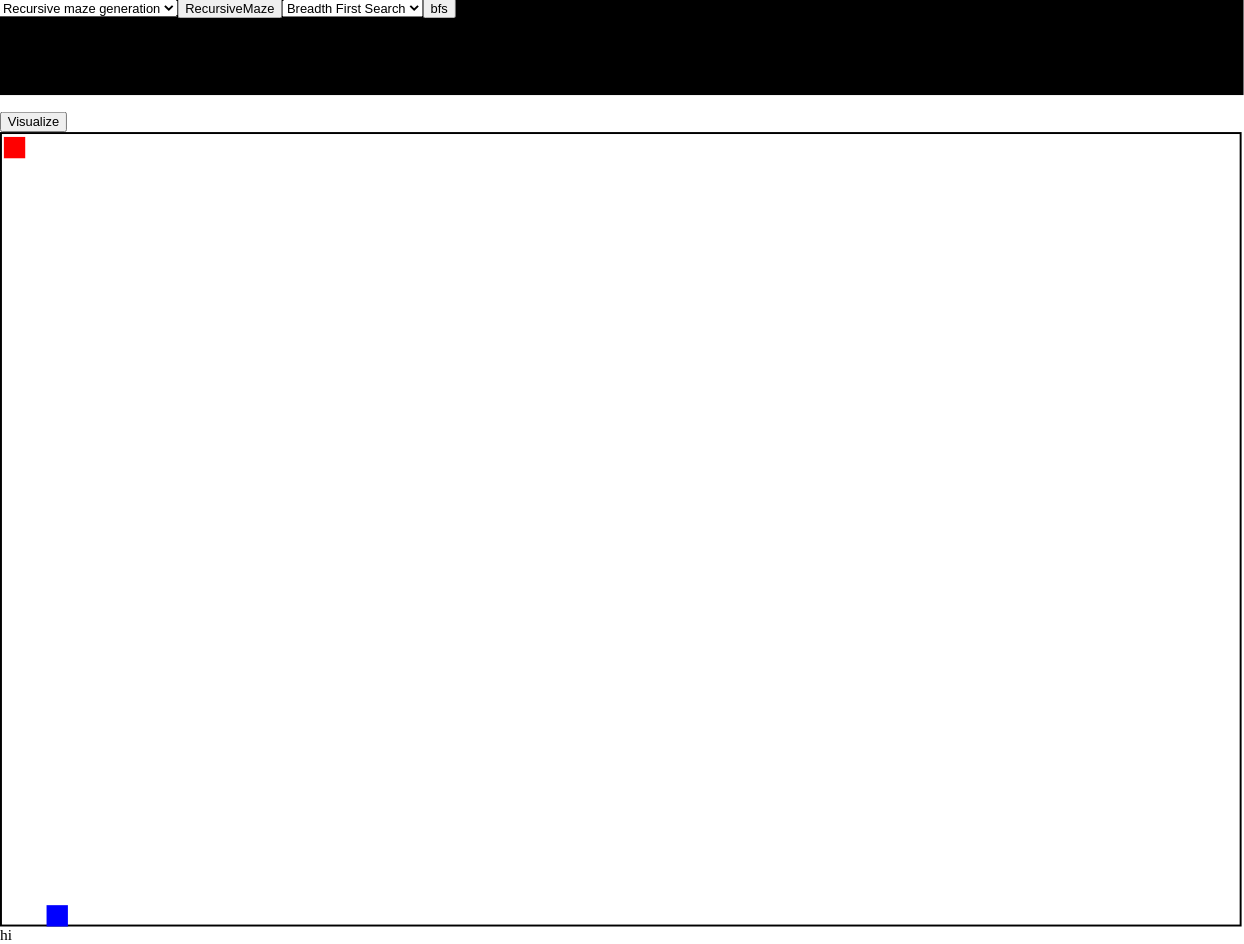
Repository: NikhilJohny/Pathfinding---ReactJS
Page: /
An editor plug-in stored every save of this project. The page is shown before and after the next save, followed by the edit.
The browser window is 1280 px wide. The page is 1282 px wide, so the pictures cover 1282 px, including what lies to the right of the window. The pictures show the whole page, at 97% of full size.
The project was rebuilt for these pictures with package versions that can differ from the ones it lists, and the page was loaded fresh each time.

Above is the page before, as saved 2021-05-17 16:43:53.

### src/index.js
import React from 'react'
import ReactDOM from 'react-dom'
import App from './App'

ReactDOM.render(
  <App/>,
  document.getElementById('root')
)

### src/App.js
import React from "react"
import PathFindingView from './PathFindingView'

class App extends React.Component {
    render() {
        return (
            <PathFindingView />
        )
    }
}

export default App;

### src/PathFindingView.js
import React, { Component } from "react";
import Nodes from "./Nodes";
import "./Node.css";
import update from "react-addons-update";
import Algorithms from "./Algorithms/pathfind/Algorithms";
import Header from './header'


const delay = ms => new Promise(resolve => setTimeout(resolve, ms));
export default class PathFindingView extends Component {
  constructor() {
    super();
    this.state = {
      board: [],
      mousePressed: false,
      currentGrid: {
        row: -1,
        col: -1,
        start: false,
        end: false,
        previous: null,
        top: null,
        bottom: null,
        left: null,
        right: null,
        wall: false,
        no :-1,
      },
      paused : false,
      algorithm : null,
      startNode : {
        row: 0,
        col: 0,
        start: true,
        end: false,
        previous: null,
        top: null,
        bottom: 1,
        left: null,
        right: 1,
        wall: false,
        no:0
      },
      endNode : null
    };
  }

  componentDidMount() {
    const arr = grid();
    this.setState({ board: arr });
  }

  changeStateFunction(currentNode,cname){
    document.getElementById(`row-${currentNode.row}-col-${currentNode.col}`).className = cname
  }

  togglePausedFunction(){
    const paused = this.state.paused
    this.setState({
      paused : !paused
    })
  }

  clearGrid(){
    const grid = this.state.board
    for(let i = 0; i < 20; i++){
      for(let j = 0; j < 60; j++){
        if(grid[i][j].wall || grid[i][j].visited)
        {
          grid[i][j].wall = false
          grid[i][j].visited = false
          this.changeStateFunction(grid[i][j],'Node')
        }
      }
    }
  }

  clearVisited(){
    const grid = this.state.board
    for(let i = 0; i < 20; i++){
      for(let j = 0; j < 60; j++){
        grid[i][j].previous = null
          if(grid[i][j].visited){
            grid[i][j].visited = false
            this.changeStateFunction(grid[i][j],'Node')
          }
      }
    }
  }

  getResultArray(resultArray){
    this.animateWalls(resultArray)
  }

  getVisitedArray(solution){
    console.log(solution)
    this.animatePath(solution[0],solution[1])
  }

  async animatePath(visitedArray,solutionArray){
    let grid = this.state.board
    for(let index of visitedArray){
      if(!grid[index[0]][index[1]].start && !grid[index[0]][index[1]].end){
        grid[index[0]][index[1]].visited = true
        this.changeStateFunction(grid[index[0]][index[1]],'Node node-visited')
        await delay(10)
      }
    }
    for(let index of solutionArray){
      grid[index[0]][index[1]].visited = false
      this.changeStateFunction(grid[index[0]][index[1]],'Node node-path')
      await delay(10)
    }
  }

  async animateWalls(resultArray){
    let grid = this.state.board
    for(let index of resultArray){
      grid[index[0]][index[1]].wall = true
      this.changeStateFunction(grid[index[0]][index[1]],'Node node-wall')
      await delay(10)
    }
  }

  updateIndex(rows, cols, content) {
    this.setState(
      update(this.state, {
        board: {
          [rows]: {
            [cols]: {
              $set: content,
            },
          },
        },
        mousePressed: {
          $set: true,
        },
        currentGrid: {
          $set: content,
        },
      })
    );
  }

  mouseDownFunctions(rows, cols) {
    console.log('MouseDown')
    const grid = this.state.board;
    if(!grid[rows][cols].start && !grid[rows][cols].end){
      grid[rows][cols].wall = !grid[rows][cols].wall;
      this.updateIndex(rows, cols, grid[rows][cols]);
    }else{
        this.setState({
          mousePressed : true,
          currentGrid : grid[rows][cols]
        })
    }
  }


  mouseEnterFunction(rows, cols) {
    const grid = this.state.board;
    if (!this.state.mousePressed || this.state.currentGrid === grid[rows][cols])
      return;
    if(this.state.currentGrid.start || this.state.currentGrid.end && grid[rows][cols] != this.state.currentGrid ){
      if(!grid[rows][cols].end && !grid[rows][cols].start){
        if(this.state.currentGrid.start && !grid[rows][cols].end){
          grid[rows][cols].start = true
          grid[this.state.currentGrid.row][this.state.currentGrid.col].start = false
          this.setState({
            currentGrid : grid[rows][cols],
            startNode : grid[rows][cols]
          })
        }else if(this.state.currentGrid.end && !grid[rows][cols].start){
          grid[rows][cols].end = true
          grid[this.state.currentGrid.row][this.state.currentGrid.col].end = false
          this.setState({
            currentGrid : grid[rows][cols],
            endNode : grid[rows][cols]
          })
        }
      }
    }else if(!grid[rows][cols].start && !grid[rows][cols].end){
      grid[rows][cols].wall = !grid[rows][cols].wall;
      this.updateIndex(rows, cols, grid[rows][cols]);
    }
  }


  mouseUpFunction() {
    console.log('Mouse UP')
    this.setState({
      mousePressed: false,
    });
  }

  render() {
    const testing = []
    const grid = this.state.board
    const NodeComponent = this.state.board.map((rows, rowKeys) => {
      return (
        <tr className={`rowIndex-${rowKeys}`}>
          {rows.map((cols, colKeys) => {
            return (
              <Nodes
                id={colKeys}
                row={cols.row}
                col={cols.col}
                wall={cols.wall}
                start={cols.start}
                end = {cols.end}
                visited = {cols.visited}
                onMouseDown={(row, col) => this.mouseDownFunctions(row,col)}
                onMouseEnter={(row, col) => this.mouseEnterFunction(row ,col)}
                onMouseUp={() => this.mouseUpFunction()}
              />
            )
          })}
        </tr>
      )
    });
    return (
      <div>
        <Header
          change = {(newVal,cname)=>this.changeStateFunction(newVal,cname)}
          current = {this.state.board}
          paused = {this.state.paused}
          start = {this.state.startNode}
          togglePaused = {() => this.togglePausedFunction()}
          sentResult = {(val) => this.getResultArray(val)}
          clearGrid = {() => this.clearGrid()}
          clearVisited = {() => this.clearVisited()}
          sentPath = {(path,result) => this.getVisitedArray(path,result)}
        />
        <div className="canvas">
          <button onClick={(()=>{
            const val = !this.state.paused
            this.setState({
              paused : val
            })
          })}>Visualize</button>
          {testing}
          <table>
            <tbody>
              {NodeComponent}
            </tbody>
          </table>
          <Algorithms
              change = {(newVal,cname)=>this.changeStateFunction(newVal,cname)}
              current = {grid}
              paused = {this.state.paused}
              start = {this.state.startNode}
              togglePaused = {() => this.togglePausedFunction()}
            />
        </div>
      </div>
    )
  }
}

const grid = () => {
  let counter = 0
  const rowArray = [];
  for (let i = 0; i < 20; i++) {
    const colArray = [];
    for (let j = 0; j < 60; j++) {
      colArray.push(createNode(i, j,counter));
      counter++
    }
    rowArray.push(colArray);
  }
  rowArray[0][0].start = true;
  rowArray[rowArray.length - 1][rowArray[0].length - 1].end = true;
  return rowArray;
};

const createNode = (i, j, counter) => {
  const NodeObj = {
    row: i,
    col: j,
    start: false,
    end: false,
    previous: null,
    top: i === 0 ? null : i - 1,
    bottom: i === 19 ? null : i + 1,
    left: j === 0 ? null : j - 1,
    right: j === 59 ? null : j + 1,
    wall: false,
    visited : false,
    no: counter,
  };
  return NodeObj;
};

### src/Nodes.js
import React , {Component} from "react"
import './Node.css';

class Nodes extends Component{

    render(){
        const nodeClass = this.props.start ? 'Node node-start' :  this.props.end ? 'Node node-end' : this.props.wall ? 'Node node-wall' : this.props.visited ? 'Node node-visited' : 'Node'
        return(
            <td className = {nodeClass}
            id = {`row-${this.props.row}-col-${this.props.col}`}
            onMouseDown = {() => this.props.onMouseDown(this.props.row,this.props.col)}
            onMouseEnter = {() => this.props.onMouseEnter(this.props.row,this.props.col)}
            onMouseUp = {() => this.props.onMouseUp()}
            >
            </td>
        )
    }
}

export default Nodes;

### src/Node.css
table {
    border: 2px solid black;
}

.Header {
    margin-top: -10px;
    margin-left: -10px;
    margin-right: -10px;
    background-color: black;
    min-height: 100px;
}

.canvas {
    /* margin-top: 200px;
        min-width: 1500px;
        max-width: 1530px; */
    pointer-events: unset;
    position: absolute;
    left: 50%;
    margin-right: -50%;
    transform: translate(-50%, 2%);
}

.Node {
    margin-bottom: -4px;
    width: 20px;
    height: 20px;
    /* border: 1px solid rgba(0, 0, 66, 0.75); */
    display: inline-block;
}

.node-path {
    background-color: yellowgreen;
}

.node-wall {
    animation-name: visitedAnimation;
    animation-duration: 0.1s;
    animation-timing-function: ease-out;
    animation-delay: 0;
    animation-direction: alternate;
    animation-iteration-count: 1;
    animation-fill-mode: forwards;
    animation-play-state: running;
}

@keyframes visitedAnimation {
    0% {
        transform: scale(0.1);
        background-color: rgba(0, 0, 66, 0.75);
        /* border: none; */
        /* border-radius: 100%; */
    }
    50% {
        transform: scale(0.5);
        background-color: rgba(0, 0, 66, 0.75);
    }
    75% {
        transform: scale(0.8);
        background-color: rgba(0, 0, 66, 0.75);
    }
    100% {
        transform: scale(1);
        background-color: rgba(0, 0, 66, 0.75);
    }
}

.node-start {
    background-color: red;
}

.node-end {
    background-color: blue;
}

.node-visited {
    animation-name: visitedAnimation1;
    animation-duration: 0.8s;
    animation-timing-function: ease-out;
    animation-delay: 0;
    animation-direction: alternate;
    animation-iteration-count: 1;
    animation-fill-mode: forwards;
    animation-play-state: running;
}

@keyframes visitedAnimation1 {
    0% {
        transform: scale(0.2);
        background-color: rgba(0, 0, 66, 0.75);
        /* border-radius: 100%; */
    }
    50% {
        transform: scale(0.8);
        background-color: rgba(17, 104, 217, 0.75);
    }
    75% {
        transform: scale(1.3);
        background-color: rgba(0, 217, 159, 0.75);
    }
    100% {
        transform: scale(1);
        background-color: rgba(0, 190, 218, 0.75);
    }
}


/* @keyframes visitedAnimation1 {
    0% {
        transform: scale(1.3);
    }
    50% {
        background-color: greenyellow;
        transform: rotateY(60deg);
        transform: scale(1.2);
    }
    75% {
        background-color: greenyellow;
        transform: rotateY(120deg);
        transform: scale(1.1);
    }
    100% {
        transform: rotateY(180deg);
        transform: scale(1);
        background-color: greenyellow;
        border-color: transparent;
    }
} */


/* iframe {
        display: none;
    } */

### src/header.js
import React, {Component} from "react"
import "./Node.css";
import recursiveDivisionMaze from './Algorithms/Maze/RecursiveDivision'
import bfs from './Algorithms/Search algo/bfs'
export default class Header extends Component{
    constructor(props){
        super(props)
        this.state = {
            algorithm : 'bfs',
            maze : 'RecursiveMaze',
        }
    }
    handleMazeChange = (event) => {
        this.setState({maze : event.target.value})
    }
    handleAlgorithmChange = (event) => {
        this.setState({algorithm : event.target.value})
    }

    searchAlgorithm(algo,grid){
        switch(algo){
            case 'bfs' : this.props.clearVisited()
            this.props.sentPath(bfs(grid,this.props.start))
        }
    }

    mazeAlgorithm(algo,grid){
        switch(algo){
            case 'RecursiveMaze' : this.props.clearGrid()
            this.props.sentResult(recursiveDivisionMaze(grid,grid[0][0],grid[19][59]))
        }
    }
    render(){
        let clone = Object.assign({},this.props.current)
        return(
            <nav className = "Header">
                <select onChange={this.handleMazeChange} value ={this.state.maze}>
                    <option value="Select an algorithm">Select an algorithm</option>
                    <option value="RecursiveMaze">Recursive maze generation</option>
                </select>
                <button onClick={() => this.mazeAlgorithm(this.state.maze,clone)}>{this.state.maze}</button>
                <select id="algorithms" onChange={this.handleAlgorithmChange} value ={this.state.algorithm}>
                    <option value="bfs">Breadth First Search</option>
                    <option value ="dfs">Depth First Search</option>
                </select>
                <button onClick={() => this.searchAlgorithm(this.state.algorithm,clone)}>{this.state.algorithm}</button>
            </nav>
        )
    }
}

### src/Algorithms/Search algo/bfs.js
export default function bfs(grid, start) {
    console.log(grid)
    console.log('testing')
    let visitedPath = []
    let neighbors = []
    let visited = new Set()
    neighbors.push(start)
    let cacheNeighbours = new Set()
    while (neighbors.length) {
        console.log('hi')
        let current = neighbors.shift()
        if (current.end) {
            console.log('found')
            return [visitedPath, getResultPath(grid, current)]
        } else {
            if (!current.wall || (current.start && current.wall)) {
                visited.add(current.no)
                cacheNeighbours.add(current.no)
                visitedPath.push([current.row, current.col])

                if (current.top != null && !visited.has(grid[current.top][current.col].no) && !cacheNeighbours.has(grid[current.top][current.col].no)) {
                    grid[current.top][current.col].previous = current
                    cacheNeighbours.add(grid[current.top][current.col].no)
                    neighbors.push(grid[current.top][current.col])
                }
                if (current.bottom != null && !visited.has(grid[current.bottom][current.col].no) && !cacheNeighbours.has(grid[current.bottom][current.col].no)) {
                    cacheNeighbours.add(grid[current.bottom][current.col].no)
                    grid[current.bottom][current.col].previous = current
                    neighbors.push(grid[current.bottom][current.col])
                }
                if (current.left != null && !visited.has(grid[current.row][current.left].no) && !cacheNeighbours.has(grid[current.row][current.left].no)) {
                    cacheNeighbours.add(grid[current.row][current.left].no)
                    grid[current.row][current.left].previous = current
                    neighbors.push(grid[current.row][current.left])
                }
                if (current.right != null && !visited.has(grid[current.row][current.right].no) && !cacheNeighbours.has(grid[current.row][current.right].no)) {
                    cacheNeighbours.add(grid[current.row][current.right].no)
                    grid[current.row][current.right].previous = current
                    neighbors.push(grid[current.row][current.right])
                }
            }
        }
    }
    console.log('ended')
    return [visitedPath, []]
}

function getResultPath(grid, current) {
    let resultPath = []
    while (grid[current.row][current.col].previous != null) {
        console.log('hey there')
        if (!grid[current.row][current.col].start && !grid[current.row][current.col].end) {
            resultPath.push([current.row, current.col])
        }
        current = grid[current.row][current.col].previous
    }
    return resultPath
}

Loaded but not shown: public/index.html (common file); src/Algorithms/pathfind/Algorithms.js (326 lines, source omitted); src/Algorithms/Maze/RecursiveDivision.js (143 lines, source omitted)

After the next save:
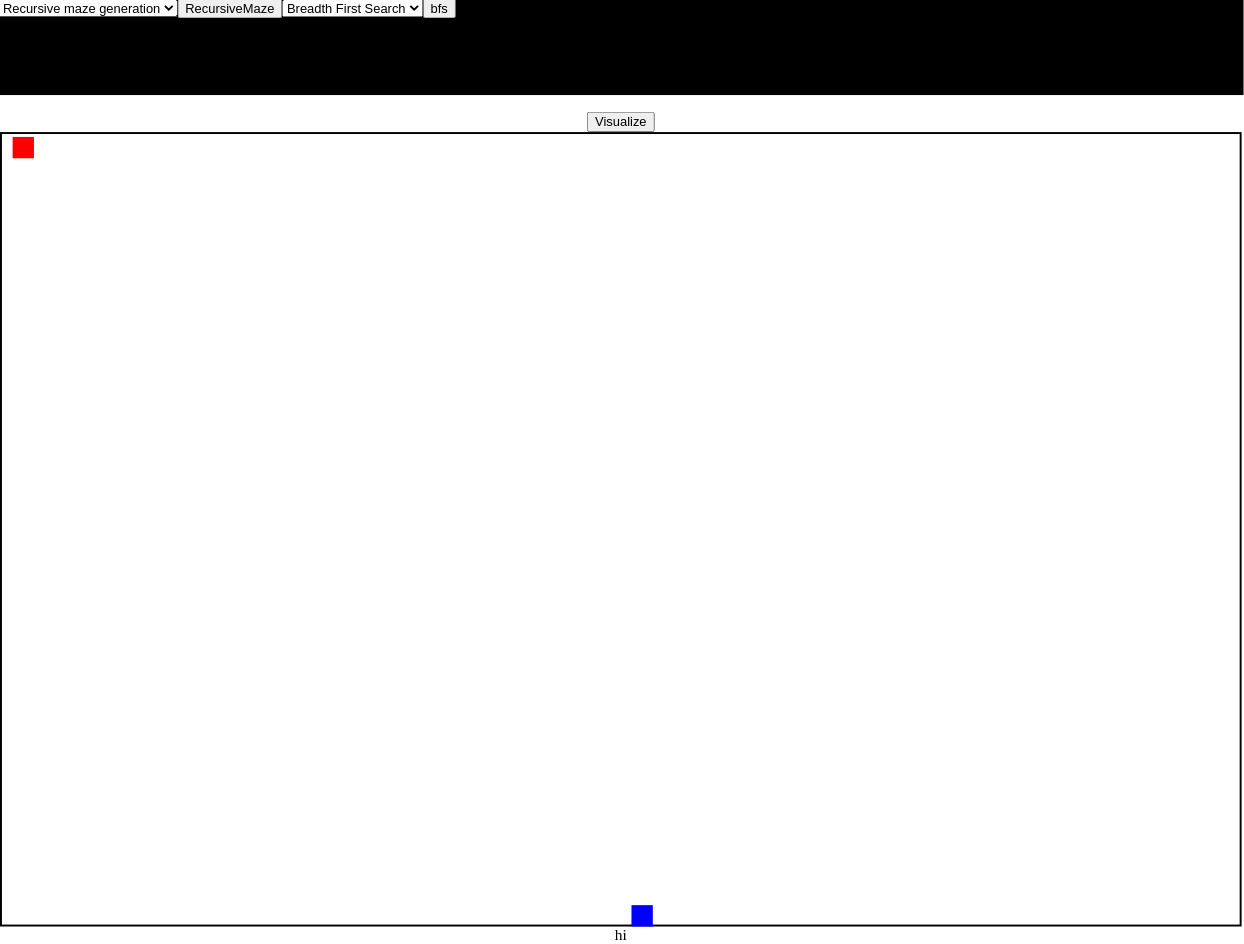
Saved 9 min 41 s later.
--- a/src/Node.css
+++ b/src/Node.css
@@ -11,6 +11,8 @@
 }
 
 .canvas {
+    text-align: center;
+    user-select: none;
     /* margin-top: 200px;
         min-width: 1500px;
         max-width: 1530px; */

After the 3 saves that followed:
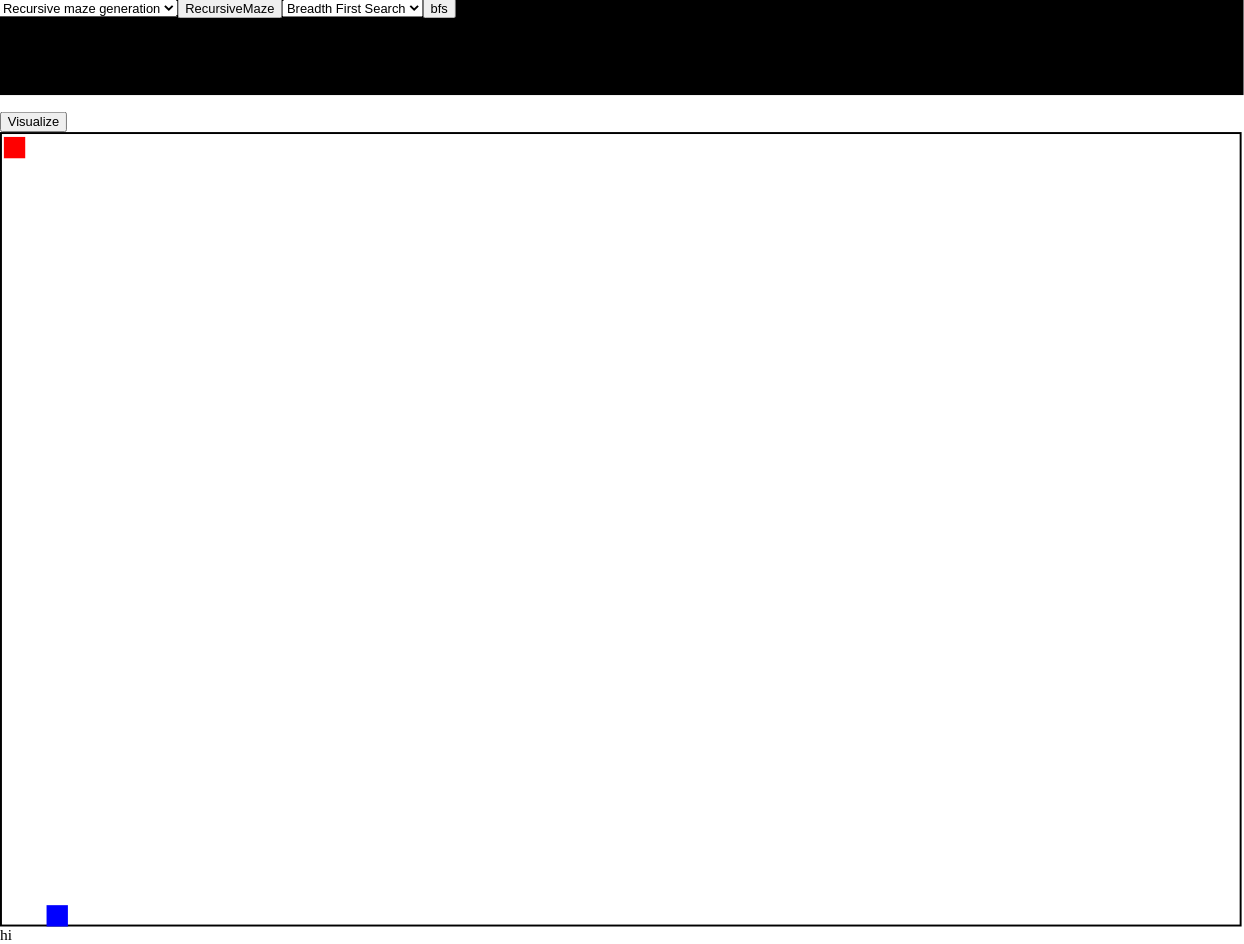
The 3 saves are shown as one change because 2 left the picture as it was.
The last was saved 4 min 10 s later.
--- a/src/PathFindingView.js
+++ b/src/PathFindingView.js
@@ -142,7 +142,8 @@ export default class PathFindingView extends Component {
     );
   }
 
-  mouseDownFunctions(rows, cols) {
+  mouseDownFunctions(rows, cols,event) {
+    event.preventDefault()
     console.log('MouseDown')
     const grid = this.state.board;
     if(!grid[rows][cols].start && !grid[rows][cols].end){
@@ -186,7 +187,8 @@ export default class PathFindingView extends Component {
   }
 
 
-  mouseUpFunction() {
+  mouseUpFunction(event) {
+    event.preventDefault()
     console.log('Mouse UP')
     this.setState({
       mousePressed: false,
--- a/src/Node.css
+++ b/src/Node.css
@@ -11,7 +11,8 @@
 }
 
 .canvas {
-    text-align: center;
+    -moz-user-select: none;
+    -khtml-user-select: none;
     user-select: none;
     /* margin-top: 200px;
         min-width: 1500px;
